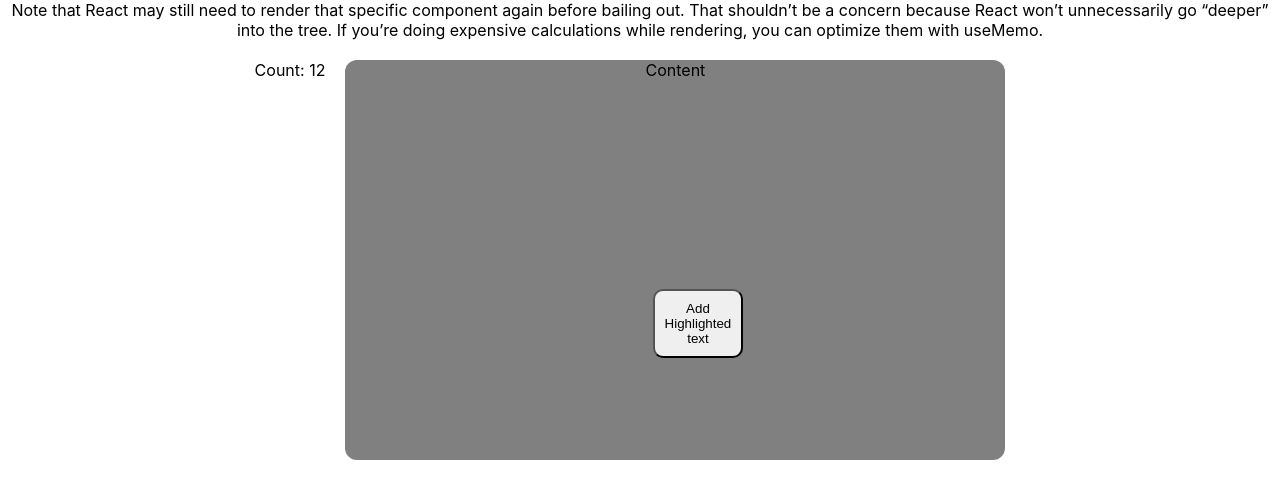
Repository: Farbod29/React-text-highlighter-with-hook-
Page: /
An editor plug-in stored every save of this project. The page is shown before and after the next save, followed by the edit.
The browser window is 1280 px wide. The pictures show the whole page.
The project was rebuilt for these pictures with package versions that can differ from the ones it lists, and the page was loaded fresh each time.

Above is the page before, as saved 2022-02-18 21:36:45.

After the next save:
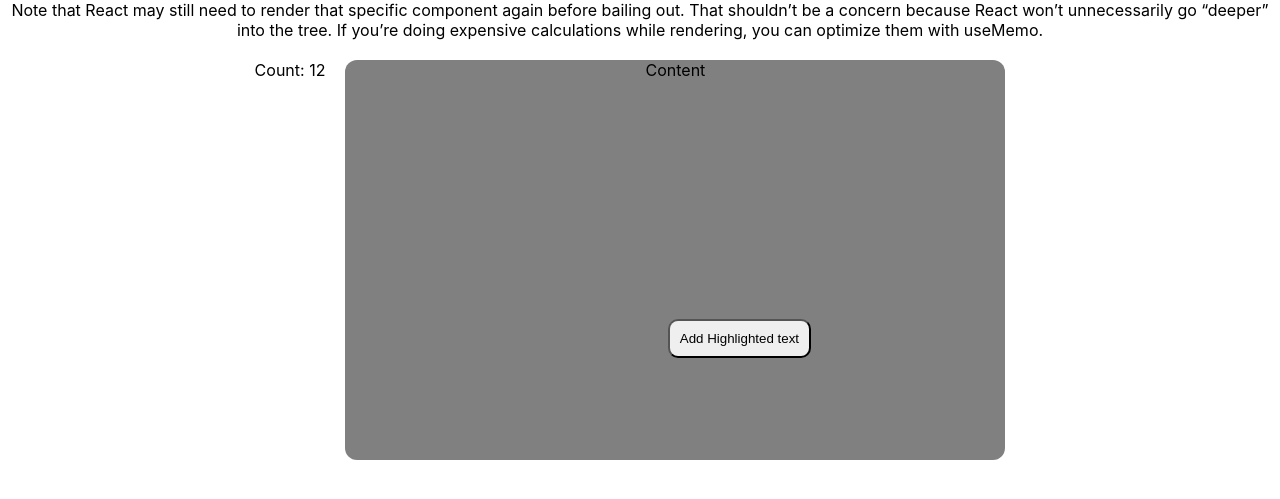
Saved 11 s later.
--- a/src/highlighter.js
+++ b/src/highlighter.js
@@ -39,7 +39,7 @@ export default function Highlighter() {
             position: 'absolute',
             bottom: '8vw',
             left: '24vw',
-            right: '24vw',
+            right: '14vw',
           }}
         >
           <button
